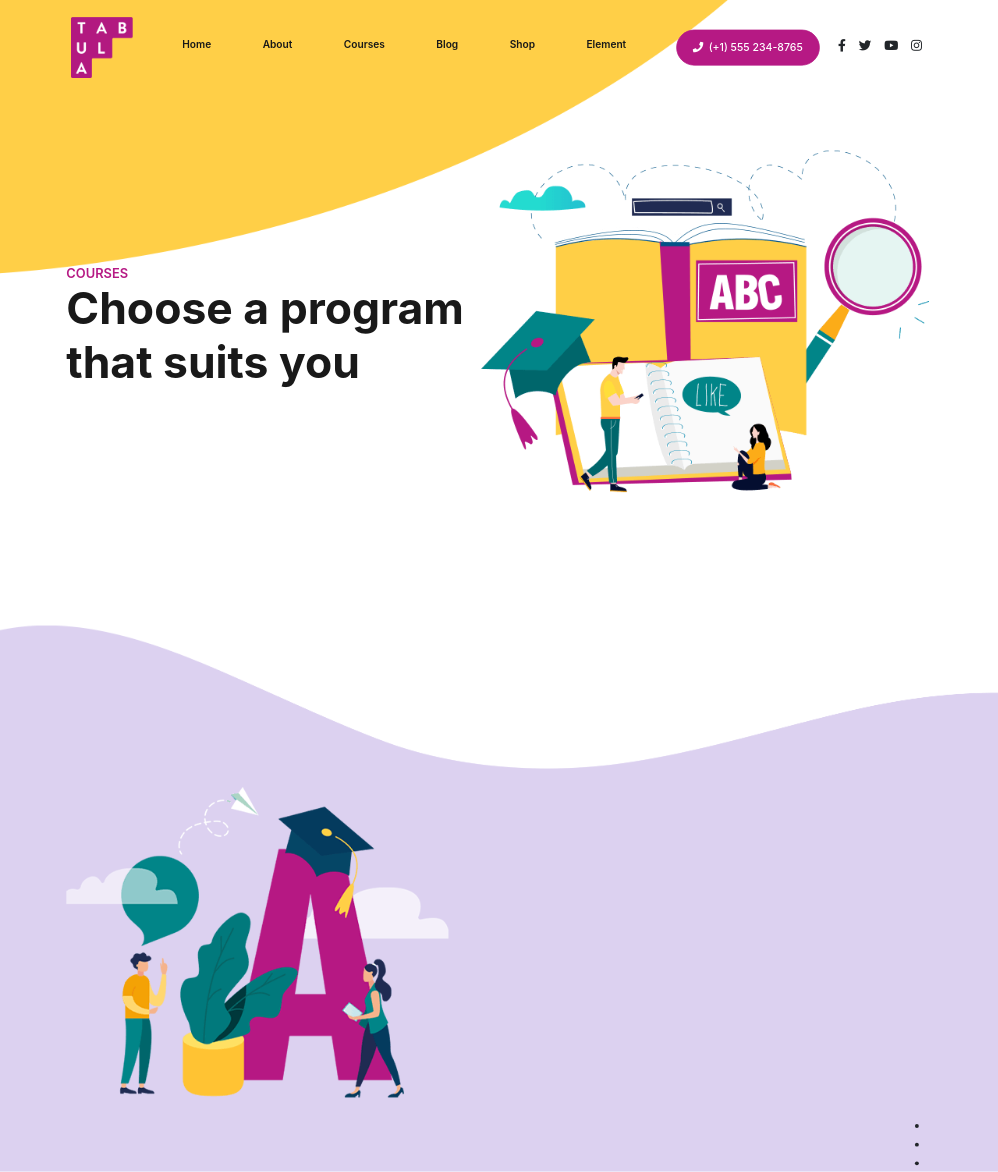
Repository: Khanh1234-glitch/TruongNguyenBaoKhanh_BC22_assignment__tabula
Page: Tabula/index.html
These files come from the project's save history. The page is drawn as it stood at one moment and after the next save; the edit follows.
The browser window is 1280 px wide. The pictures show the whole page, at 78% of full size.
The style sheet was rebuilt from its Sass, Less or Tailwind sources for each picture, by a compiler version that may differ from the author's.

Above is the page before, as saved 2022-04-16 11:01:50.

### Tabula/index.html
<!doctype html>
<html lang="en">

<head>
    <title>Title</title>
    <!-- Required meta tags -->
    <meta charset="utf-8">
    <meta name="viewport" content="width=device-width, initial-scale=1, shrink-to-fit=no">
    <!-- link css -->
    <link rel="stylesheet" href="./css/style.css">
    <!-- link fontawesome -->
    <link rel="stylesheet" href="https://cdnjs.cloudflare.com/ajax/libs/font-awesome/5.15.4/css/all.min.css">
    <!-- Bootstrap CSS -->
    <link rel="stylesheet" href="https://stackpath.bootstrapcdn.com/bootstrap/4.3.1/css/bootstrap.min.css" integrity="sha384-ggOyR0iXCbMQv3Xipma34MD+dH/1fQ784/j6cY/iJTQUOhcWr7x9JvoRxT2MZw1T" crossorigin="anonymous">
</head>

<body>
    <header>
        <nav class="navbar container navbar-expand-md navbar-dark">
            <!-- Toggler/collapsibe Button -->
            <button class="navbar-toggler" type="button" data-toggle="collapse" data-target="#collapsibleNavbar">
                <span class="navbar-toggler-icon"></span>
            </button>
            <!-- Brand -->
            <img style="cursor:pointer" src="./img/crest.png" alt="">
            <!-- Navbar links -->
            <div class="collapse navbar-collapse " id="collapsibleNavbar">
                <ul class="navbar-nav ml-auto">
                    <li class="nav-item">
                        <a class="nav-link" href="#">Home</a>
                    </li>
                    <li class="nav-item">
                        <a class="nav-link" href="#">About</a>
                    </li>
                    <li class="nav-item">
                        <a class="nav-link" href="#">Courses</a>
                    </li>
                    <li class="nav-item">
                        <a class="nav-link" href="#">Blog</a>
                    </li>
                    <li class="nav-item">
                        <a class="nav-link" href="#">Shop</a>
                    </li>
                    <li class="nav-item">
                        <a class="nav-link" href="#">Element</a>
                    </li>
                    <li class="button">
                        <button class="btn-header"><i style="margin-right:7px;" class="fa fa-phone"></i> (+1) 555 234-8765</button>
                    </li>
                    <li class="nav-item" style="margin-top:10px">
                        <i class="fab fa-facebook-f"></i>
                        <i class="fab fa-twitter"></i>
                        <i class="fab fa-youtube"></i>
                        <i class="fab fa-instagram"></i>
                    </li>
                </ul>
            </div>
        </nav>
        <div class="hero-book container ">
            <div class="text-left">
                <span>COURSES</span>
                <h1>Choose a program that suits you</h1>
            </div>
            <div class="img-right">
                <img src="./img/hero_books.png" alt="">
            </div>
        </div>
    </header>
    <div class="img-beginer">
        <img src="./img/Violet_top_left_wave.png" alt="">
    </div>

    <section class="beginner ">
        <div class="title-beginner container">
            <div class="img-left">
                <img src="./img/letter_a.png" alt="">
            </div>
            <div class="text-right">
                <p></p>
                <h1></h1>
                <p></p>
                <ul></ul>
                <li></li>
                <li></li>
                <li></li>
            </div>
        </div>
    </section>
    <!-- Optional JavaScript -->
    <!-- jQuery first, then Popper.js, then Bootstrap JS -->
    <script src="https://code.jquery.com/jquery-3.3.1.slim.min.js" integrity="sha384-q8i/X+965DzO0rT7abK41JStQIAqVgRVzpbzo5smXKp4YfRvH+8abtTE1Pi6jizo" crossorigin="anonymous"></script>
    <script src="https://cdnjs.cloudflare.com/ajax/libs/popper.js/1.14.7/umd/popper.min.js" integrity="sha384-UO2eT0CpHqdSJQ6hJty5KVphtPhzWj9WO1clHTMGa3JDZwrnQq4sF86dIHNDz0W1" crossorigin="anonymous"></script>
    <script src="https://stackpath.bootstrapcdn.com/bootstrap/4.3.1/js/bootstrap.min.js" integrity="sha384-JjSmVgyd0p3pXB1rRibZUAYoIIy6OrQ6VrjIEaFf/nJGzIxFDsf4x0xIM+B07jRM" crossorigin="anonymous"></script>
</body>

</html>

### Tabula/Sass/style.scss
@import "./helper/mixin";
@import "./helper/variable";
@import "./Component/navbar";
@import "./Component/button";
@import "./Component/social";
@import "./Component/herobook";
@import "./Component/benginer";
@import "./Component/img";

### Tabula/Sass/helper/_mixin.scss
@mixin content($fs, $fw, $color) {
    font-size: $fs;
    font-weight: $fw;
    background-color: $color;
}

@mixin content2($fs, $fw, $color) {
    font-size: $fs;
    font-weight: $fw;
    color: $color;
}

### Tabula/Sass/helper/_variable.scss
//color
$color:#e6afd4;
$color2:#181818;
$color3:#b61984 !important;
$color4:#191919;
//font weight
$fw-1:500;
$fw-2:600;
$fw-3:700;
$fw-4:800;
//font-size
$fs-1:13px;
$fs-2:57px;
$fs-3:16.5px;
$fs-4:14.625px;
$fs-5:13.125px;
$fs-6:13.5px;
$fs-7:16.5px;

### Tabula/Sass/Component/_navbar.scss
body {
    background: url("./../../img/yellow_top_wave_01.png");
    background-repeat: no-repeat;
    header {
        .navbar-nav {
            .nav-item {
                a {
                    @include content2($fs-1,
                    $fw-2,
                    $color2);
                    line-height: 80px;
                    margin-right: 50px;
                    color: $color2 !important;
                    transition: all 0.5s;
                    &::after {
                        content: "";
                        width: 10px;
                        height: 10px;
                        margin-left: 7px;
                        border-radius: 100%;
                        display: block;
                        background-color: $color3;
                        transition: all 0.5s;
                        transform: scaleX(0);
                    }
                    &:hover {
                        color: $color3;
                        &::after {
                            transform: scaleX(1);
                        }
                    }
                }
            }
        }
    }
}

### Tabula/Sass/Component/_button.scss
    .navbar-nav {
        .button {
            display: flex;
            align-items: center;
            margin-right: 18px;
            button {
                @include content($fs-6, $fw-1, $color3);
                align-items: center;
                border-radius: 50px;
                display: flex;
                justify-content: center;
                line-height: 13.5px;
                margin: 6px;
                padding: 14.85px 20.25px;
                text-align: center;
                color: #fff;
                border: 1px solid $color3;
                transition: all 0.2s;
                &:hover {
                    background-color: #fff !important;
                    border: 1px solid $color3;
                    color: $color3;
                }
            }
        }
    }

### Tabula/Sass/Component/_social.scss
.navbar-nav {
    .nav-item {
        i {
            margin-right: 12px;
            line-height: 80px;
            cursor: pointer;
            transition: all 0.5s;
            &:hover {
                color: $color3;
            }
        }
    }
}

### Tabula/Sass/Component/_herobook.scss
.hero-book {
    display: flex;
    .text-left {
        margin-top: 216px;
        span {
            @include content2($fs-7, $fw-2, $color3);
            line-height: 19.8px;
        }
        h1 {
            @include content2($fs-2, $fw-3, $color4);
            line-height: 68.4px;
        }
    }
    .img-right {
        margin-bottom: 100px;
    }
}

### Tabula/Sass/Component/_benginer.scss
.beginner {
    background-color: rgb(220, 209, 240);
}

### Tabula/Sass/Component/_img.scss
.img-beginer {
    img {
        width: 100%;
        height: auto;
        display: block;
    }
}

After the next save:
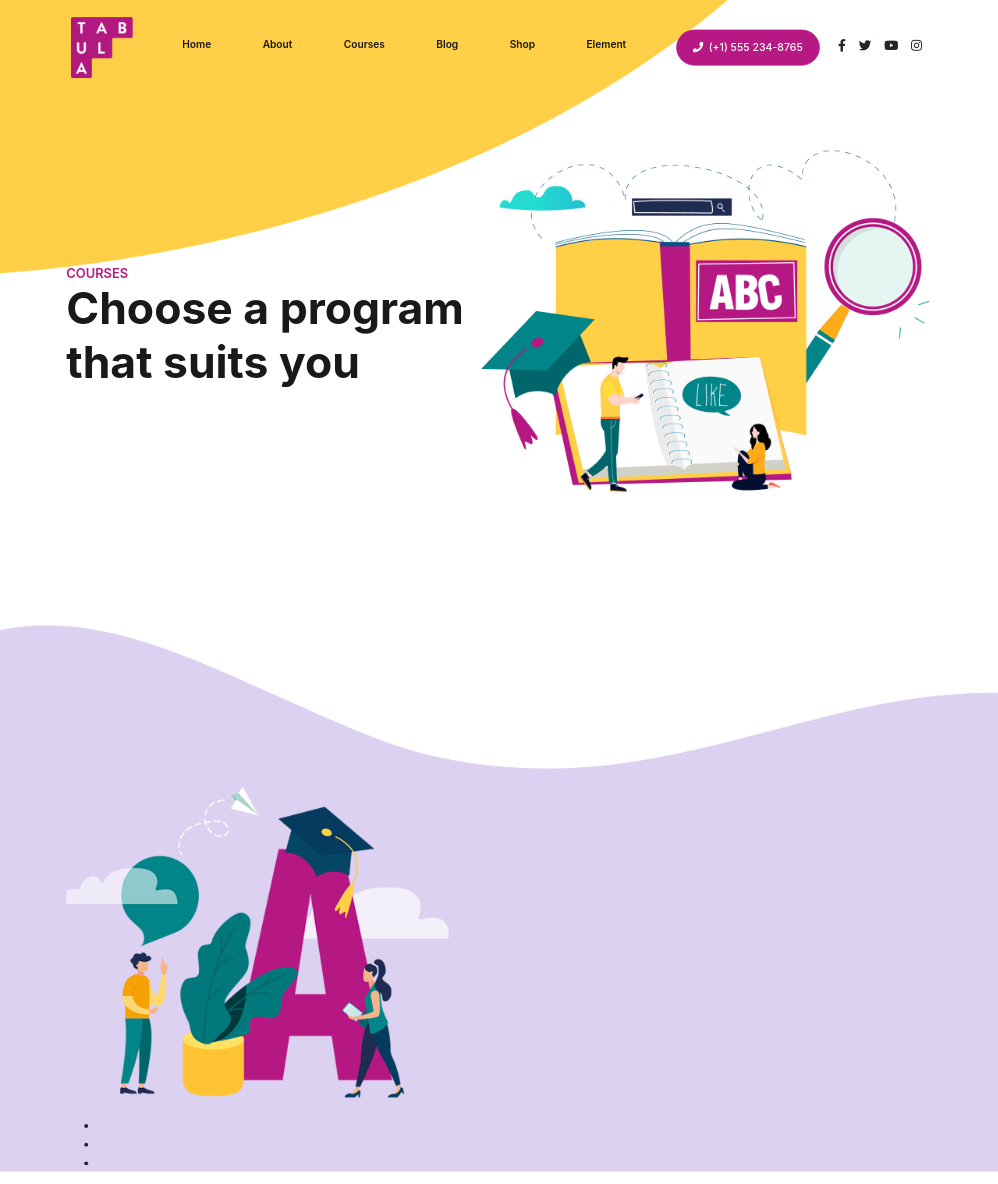
Saved 19 s later.
--- a/Tabula/index.html
+++ b/Tabula/index.html
@@ -79,10 +79,11 @@
                 <p></p>
                 <h1></h1>
                 <p></p>
-                <ul></ul>
-                <li></li>
-                <li></li>
-                <li></li>
+                <ul>
+                    <li></li>
+                    <li></li>
+                    <li></li>
+                </ul>
             </div>
         </div>
     </section>
